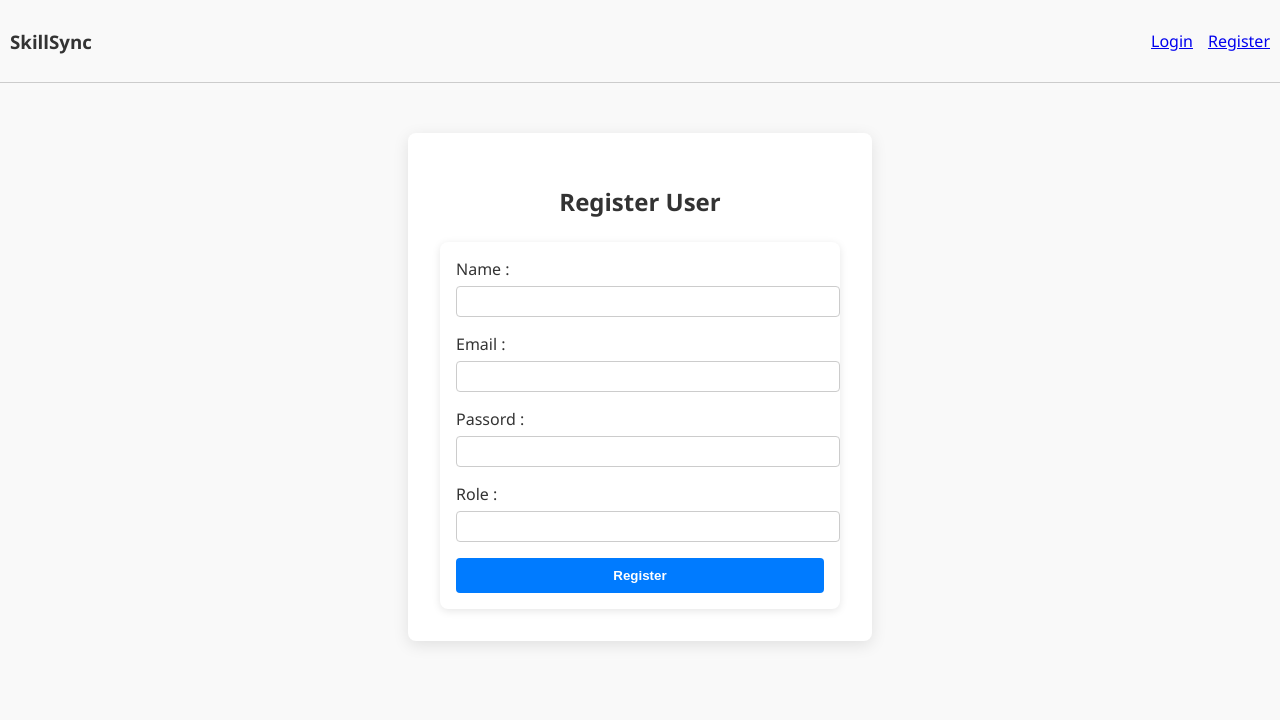
Repository: bharathabhi46/SkillSync-FrontEnd
Page: /RegisterUser
An editor plug-in stored every save of this project. The page is shown before and after the next save, followed by the edit.
The browser window is 1280 px wide. The pictures show the whole page.
The project was rebuilt for these pictures with package versions that can differ from the ones it lists, and the page was loaded fresh each time. Also part of the build but not shown: vite.config.js, src/Components/CreateUser/CreateUser.jsx, src/Components/UserList/UserList.jsx, src/Components/EditUser/EditUser.jsx, src/Components/LoginUser/LoginUser.jsx, src/Components/PrivateAuth/PrivateAuth.jsx, src/Components/Home/Home.css, src/Components/Home/Home.jsx.

Above is the page before, as saved 2025-06-28 13:56:43.

### src/main.jsx
import { StrictMode } from "react";
import { createRoot } from "react-dom/client";
import { BrowserRouter } from "react-router-dom";
import App from "./App.jsx";

createRoot(document.getElementById("root")).render(
  <BrowserRouter>
    <App />
  </BrowserRouter>
);

### src/App.jsx
import React from "react";
import CreateUser from "./Components/CreateUser/CreateUser";
import UserList from "./Components/UserList/UserList";
import EditUser from "./Components/EditUser/EditUser";
import { Route, Routes } from "react-router-dom";
import RegisterUser from "./Components/RegisterUser/RegisterUser";
import LoginUser from "./Components/LoginUser/LoginUser";
import "./App.css";
import PrivateAuth from "./Components/PrivateAuth/PrivateAuth";
import NavBar from "./Components/NavBar/NavBar";
import Home from "./Components/Home/Home";
const App = () => {
  return (
    <div>
      <NavBar />
      <Routes>
        <Route path="/" element={<Home />} />
        <Route
          path="/UserList"
          element={
            <PrivateAuth>
              <UserList />
            </PrivateAuth>
          }
        />
        <Route
          path="/EditUser/:id"
          element={
            <PrivateAuth>
              <EditUser />
            </PrivateAuth>
          }
        />
        <Route
          path="/CreateUser"
          element={
            <PrivateAuth>
              <CreateUser />
            </PrivateAuth>
          }
        />
        <Route path="/RegisterUser" element={<RegisterUser />} />
        <Route path="/LoginUser" element={<LoginUser />} />
      </Routes>
    </div>
  );
};

export default App;

### src/Components/RegisterUser/RegisterUser.jsx
import React, { useState } from "react";

const RegisterUser = () => {
  let url = "http://localhost:8080/api/users/auth/register";
  let [registerForm, setRegisterForm] = useState({
    name: "",
    email: "",
    password: "",
    role: "",
  });
  async function handleSubmit(e) {
    e.preventDefault();
    try {
      await fetch(url, {
        method: "POST",
        headers: {
          "Content-Type": "application/json",
        },
        body: JSON.stringify(registerForm),
      });
      setRegisterForm({ name: "", email: "", password: "", role: "" });
      alert("Registration Successfull");
    } catch (err) {
      console.log("Error : ", err);
      alert("Failed to Register");
    }
  }
  function handleOnChange(e) {
    setRegisterForm((prevState) => ({
      ...prevState,
      [e.target.name]: e.target.value,
    }));
  }
  return (
    <div className="container">
      <h2>Register User</h2>
      <form onSubmit={handleSubmit}>
        <label>Name : </label>
        <input
          type="text"
          name="name"
          value={registerForm.name}
          onChange={handleOnChange}
        />
        <label>Email : </label>
        <input
          type="email"
          name="email"
          value={registerForm.email}
          onChange={handleOnChange}
        />
        <label>Passord : </label>
        <input
          type="password"
          name="password"
          value={registerForm.password}
          onChange={handleOnChange}
        />
        <label>Role : </label>
        <input
          type="text"
          name="role"
          value={registerForm.role}
          onChange={handleOnChange}
        />
        <button type="submit">Register</button>
      </form>
    </div>
  );
};

export default RegisterUser;

### src/App.css
body {
  margin: 0;
  font-family: "Segoe UI", sans-serif;
  background-color: #f9f9f9;
  color: #333;
}

h2 {
  color: #333;
  margin-bottom: 1rem;
}

button {
  background-color: #007bff;
  color: white;
  border: none;
  padding: 8px 12px;
  cursor: pointer;
  border-radius: 4px;
}

button:hover {
  background-color: #0056b3;
}

input,
select {
  padding: 8px;
  margin: 6px 0;
  border: 1px solid #ccc;
  border-radius: 4px;
  width: 100%;
}

form {
  max-width: 400px;
  margin: auto;
  padding: 1rem;
  background: white;
  box-shadow: 0 2px 8px rgba(0, 0, 0, 0.1);
  border-radius: 8px;
}

table {
  width: 100%;
  background-color: white;
  border-collapse: collapse;
  box-shadow: 0 2px 8px rgba(0, 0, 0, 0.1);
  border-radius: 8px;
  overflow: hidden;
}

th,
td {
  padding: 12px;
  text-align: left;
  border-bottom: 1px solid #ddd;
}

### src/Components/NavBar/NavBar.jsx
import React from "react";
import { Link, useNavigate } from "react-router-dom";

const Navbar = () => {
  const navigate = useNavigate();
  const user = JSON.parse(localStorage.getItem("user"));
  console.log(user !== null);
  const handleLogout = () => {
    localStorage.removeItem("user");
    navigate("/LoginUser");
  };

  return (
    <nav
      style={{
        display: "flex",
        justifyContent: "space-between",
        padding: "10px",
        borderBottom: "1px solid #ccc",
      }}
    >
      <h3>SkillSync</h3>
      <div style={{ display: "flex", gap: "15px", alignItems: "center" }}>
        {user ? (
          <>
            <span>
              Welcome, <strong>{user.name}</strong> 👋
            </span>
            <Link to="/UserList">Users</Link>
            <Link to="/CreateUser">Create</Link>
            <button onClick={handleLogout}>Logout</button>
          </>
        ) : (
          <>
            <Link to="/LoginUser">Login</Link>
            <Link to="/RegisterUser">Register</Link>
          </>
        )}
      </div>
    </nav>
  );
};

export default Navbar;

### src/Components/LoginUser/LoginUser.css
.container {
  max-width: 400px;
  margin: 50px auto;
  padding: 2rem;
  background-color: white;
  box-shadow: 0 4px 16px rgba(0, 0, 0, 0.1);
  border-radius: 8px;
}

.container h2 {
  text-align: center;
  color: #333;
  margin-bottom: 1.5rem;
}

.container form {
  display: flex;

  flex-direction: column;
}

.container input {
  padding: 7px;
  margin-bottom: 1rem;
  border: 1px solid #ccc;
  border-radius: 4px;
}

.container button {
  padding: 10px;
  background-color: #007bff;
  border: none;
  color: white;
  font-weight: bold;
  border-radius: 4px;
  cursor: pointer;
}

.container button:hover {
  background-color: #0056b3;
}

.container p {
  text-align: center;
  margin-top: 1rem;
}

Loaded but not shown: index.html (common file)

After the next save:
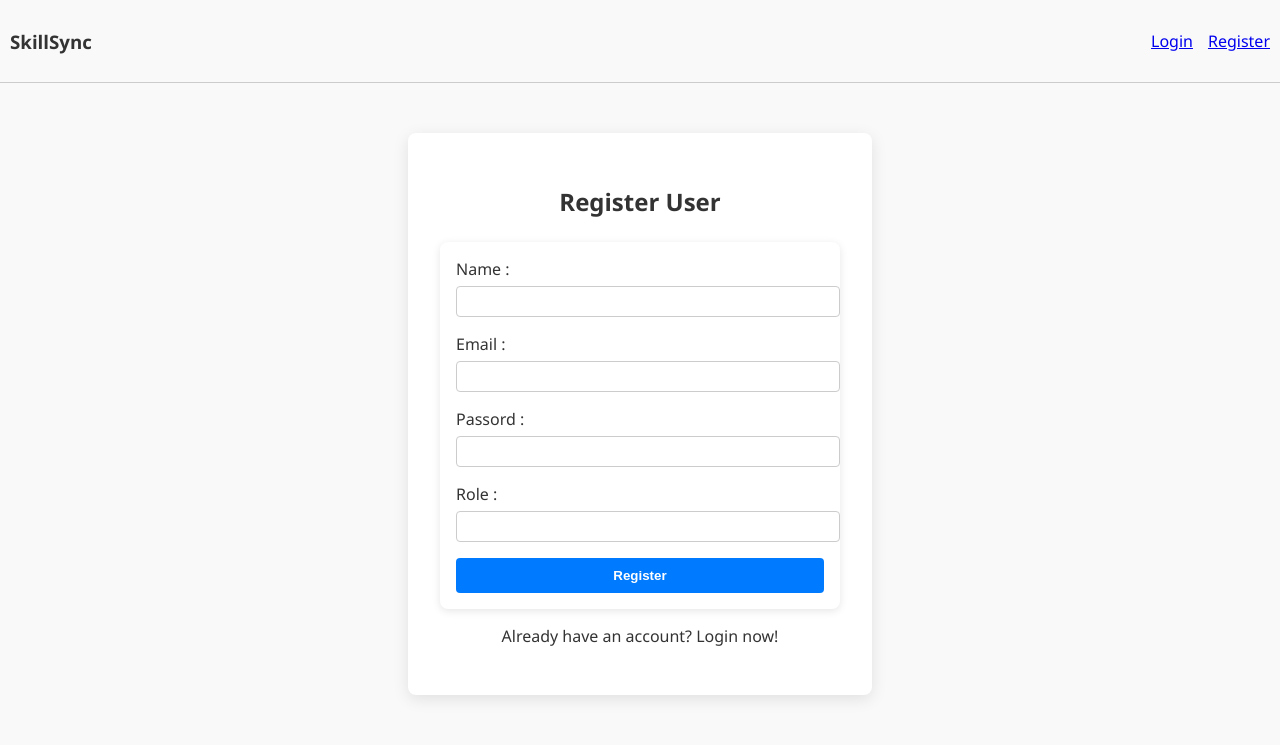
Saved 19 s later.
--- a/src/Components/RegisterUser/RegisterUser.jsx
+++ b/src/Components/RegisterUser/RegisterUser.jsx
@@ -65,6 +65,7 @@ const RegisterUser = () => {
         />
         <button type="submit">Register</button>
       </form>
+      <p>Already have an account? Login now!</p>
     </div>
   );
 };
